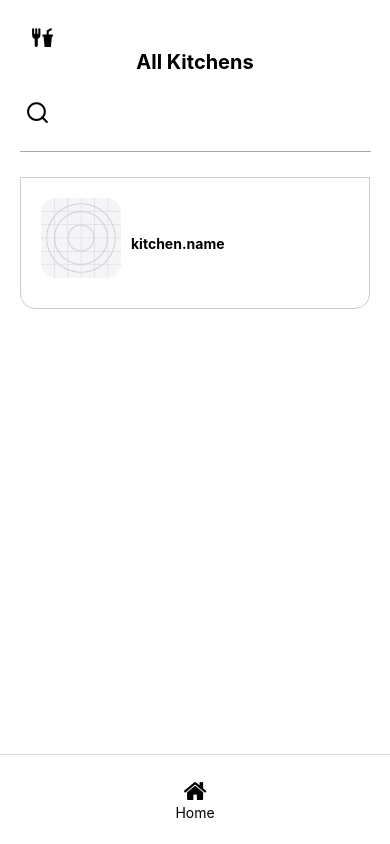
Repository: abdelrahman264/Via-Drive-Thru-Task
Screen: /
The author's editor kept a copy of each file at every save. The screen is drawn from the files as they stood at one save, then again after the next save.
The app was drawn by React Native's web renderer in a window 390 px wide. The project was rebuilt for these pictures with package versions that can differ from the ones it lists, and the page was loaded fresh each time.

Above is the screen before, as saved 2022-05-12 13:56:57.

After the next save:
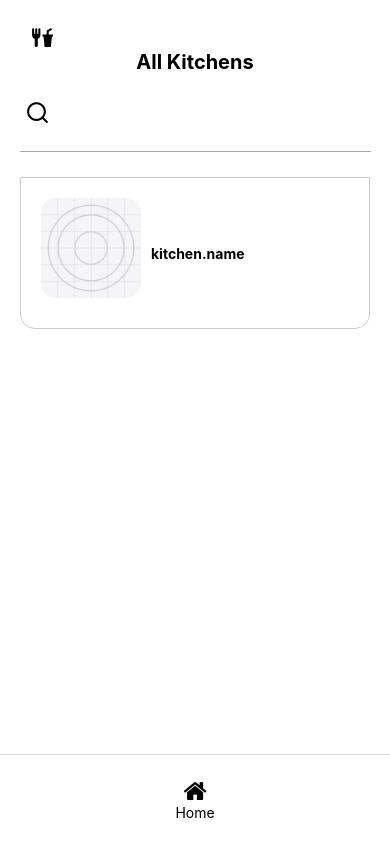
Saved 5 s later.
--- a/screens/HomeScreen.js
+++ b/screens/HomeScreen.js
@@ -102,8 +102,8 @@ const AllKitchens = ({ navigation }) => {
                   source={require("../assets/icon.png")}
                   style={{
                     borderRadius: 15,
-                    width: 80,
-                    height: 80,
+                    width: 100,
+                    height: 100,
                     marginBottom: 10,
                     paddingLeft: 20,
                   }}
